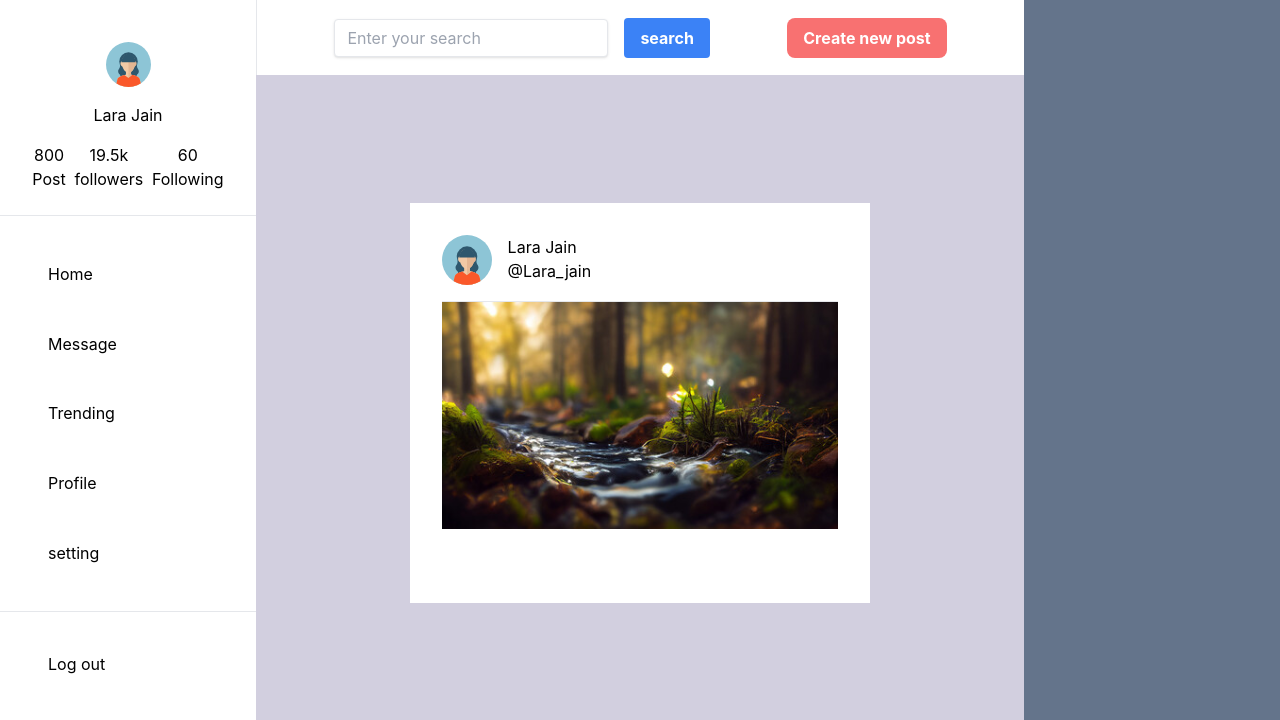
Repository: cosmicswati/upgrad-captions-project
Page: /
These files come from the project's save history. The page is drawn as it stood at one moment and after the next save; the edit follows.
The browser window is 1280 px wide. The pictures show the whole page.
The project was rebuilt for these pictures with package versions that can differ from the ones it lists, and the page was loaded fresh each time. Also part of the build but not shown: src/modules/Authorization/Form.jsx, src/modules/Authorization/index.js.

Above is the page before, as saved 2024-04-09 15:42:26.

### src/index.css
@tailwind base;
@tailwind components;
@tailwind utilities;

body {
  margin: 0;
  font-family: -apple-system, BlinkMacSystemFont, 'Segoe UI', 'Roboto', 'Oxygen',
    'Ubuntu', 'Cantarell', 'Fira Sans', 'Droid Sans', 'Helvetica Neue',
    sans-serif;
  -webkit-font-smoothing: antialiased;
  -moz-osx-font-smoothing: grayscale;
}

code {
  font-family: source-code-pro, Menlo, Monaco, Consolas, 'Courier New',
    monospace;
}

.scrollbar-hide::-webkit-scrollbar{
  display: none;
}

### src/App.js
import Auth from "./modules/Authorization";
import Home from "./modules/Home";


function App() {
  return (
    <div>
      {/* <Auth />  */}
      <Home />
    </div>
  );
}

export default App;

### src/modules/Home/index.js
import React from 'react'
import { ReactComponent as Avatar} from '../../assets/Avatar.svg'
import Input from '../../components/Input';
import Button from '../../components/Button';
import postImg from '../../assets/postImg.jpg'

const Home = () => {
  return (
    <div className='h-screen bg-[#d2cfdf]  flex overflow-hidden'>
        <div className='w-[20%] bg-white flex flex-col'>
            <div className='h-[30%] flex justify-center items-center border-b'>
                <div className='flex flex-col justify-center items-center'>
                    <Avatar width={'45px'} height={'45px'}/>
                    <p className='my-4'>Lara Jain</p>
                    <div className='h-[30px] flex justify-around w-[200px] text-center'>
                        <div className='flex flex-col justify-around items-center'>
                            <h4>800</h4>
                            <p>Post</p>
                        </div>
                        <div>
                            <h4>19.5k</h4>
                            <p>followers</p>
                        </div>
                        <div>
                            <h4>60</h4>
                            <p>Following</p>
                        </div>
                    </div>
                </div>
            </div>
            <div className='h-[55%] flex flex-col justify-evenly pl-12 border-b'>
                    <div>Home</div>
                    <div>Message</div>
                    <div>Trending</div>
                    <div>Profile</div>
                    <div>setting</div>
            </div>
            <div className='h-[15%] pt-10'>
                <div className='ml-12 cursor-pointer'>Log out</div>
            </div>
        </div>
        <div className='w-[60%] overflow-scroll h-full scrollbar-hide'>
            <div className='bg-white h-[75px] border-l flex justify-evenly items-center pt-4'>
                 <div className='flex justify-center items-center'>
                    <Input placeholder='Enter your search '/>
                    <Button label='search'  className='mb-4 ml-4'/>
                 </div>
                 <Button label='Create new post'  className='rounded-lg bg-red-400 hover:bg-red-500 mb-4'/>
            </div>
            <div className='bg-white w-[60%] h-[400px] mx-auto mt-32 p-8'>
                <div className='border-b flex item-center pb-4'>
                    <Avatar width={'50px'} height={'50px'} />
                   <div className='ml-4'>
                   <h3>Lara Jain</h3>
                    <p>@Lara_jain</p>
                   </div>
                </div>
                <div>
                    <img src={postImg} width={'500px'} />
                </div>
            </div>
        </div>
        <div className='w-[20%] bg-slate-500'></div>
    </div>
  )
}

export default Home

### src/components/Input/index.js
import React from 'react'

const Input = ({
    name = '',
    label ='',
    type ='',
    placeholder =''
}) => {
  return (
    <div class="mb-4">
        {
          label &&
          <label class="block text-gray-700 text-sm font-bold mb-2" for={name}>
             {label}
          </label>
        }

        <input class="shadow apperance-none border rounded w-full py-2 px-3
         text-gray-700 leading-tight focus:outline-none focus:shadow-outline"
         id={name} type={type} placeholder={placeholder} />

    </div>
  )

}

export default Input

### src/components/Button/index.js
import React from 'react'

const Button = ({
    label ='',
    className =''
}) => {
  return (
    <button className={`bg-blue-500 hover:bg-blue-700 text-white font-bold py-2 px-4 rounded ${className}`}>
      {label}
  </button>
  )
}

export default Button

### tailwind.config.js
/** @type {import('tailwindcss').Config} */
module.exports = {
 mode:'jit',
 purge: [
  './public/**/*.html',
  './src/**/*.{js,jsx,ts,tsx,vue}',
 ],
  content: [
    "./src/**/*.{js,jsx,ts,tsx}",
  ],
  theme: {
    extend: {},
  },
  plugins: [],
}

Loaded but not shown: public/index.html (common file); src/index.js (common file); src/reportWebVitals.js (common file)

After the next save:
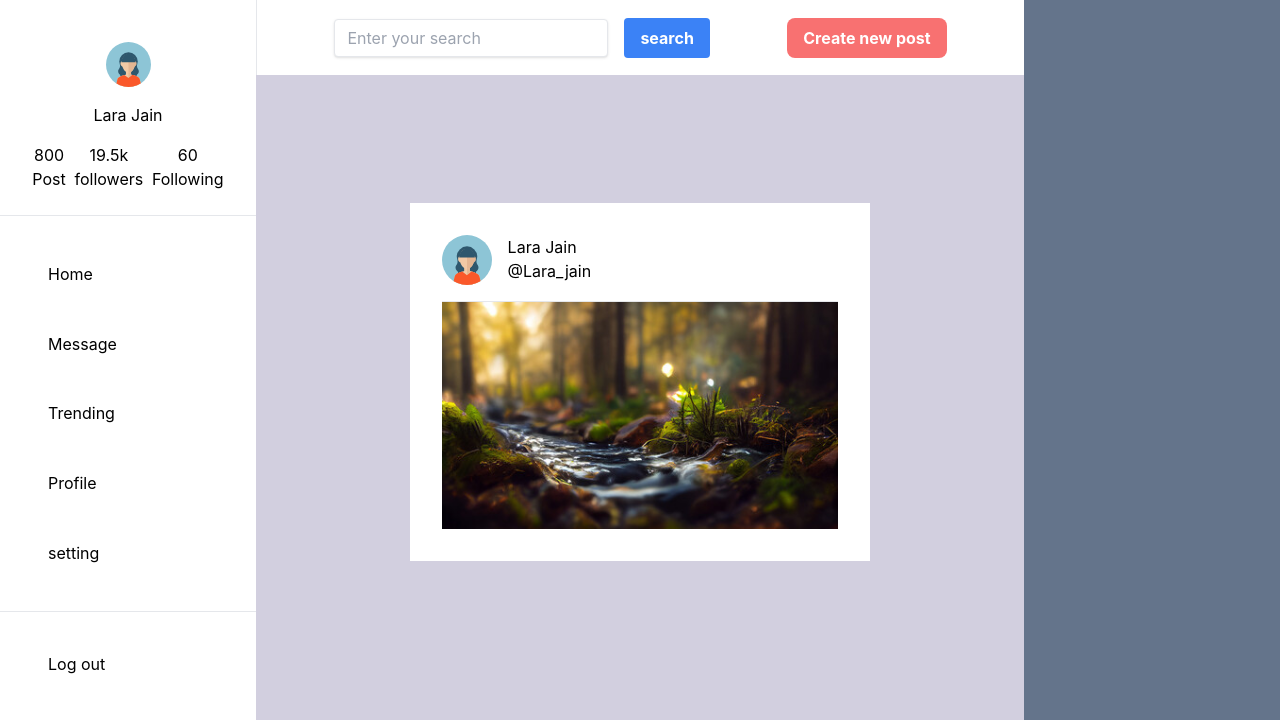
Saved 65 s later.
--- a/src/modules/Home/index.js
+++ b/src/modules/Home/index.js
@@ -47,7 +47,7 @@ const Home = () => {
                  </div>
                  <Button label='Create new post'  className='rounded-lg bg-red-400 hover:bg-red-500 mb-4'/>
             </div>
-            <div className='bg-white w-[60%] h-[400px] mx-auto mt-32 p-8'>
+            <div className='bg-white w-[60%]  mx-auto mt-32 p-8'>
                 <div className='border-b flex item-center pb-4'>
                     <Avatar width={'50px'} height={'50px'} />
                    <div className='ml-4'>
